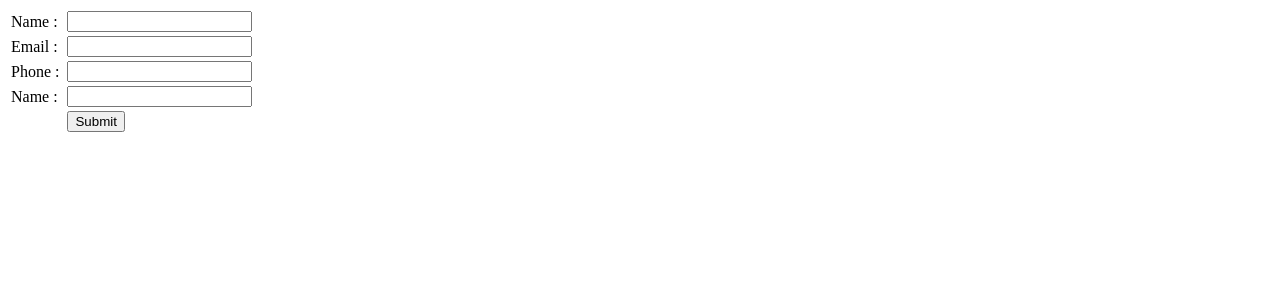
Repository: Amjad0786/Amjad-SBMS
Page: 33_Web_MVC_Form_App/src/main/webapp/WEB-INF/index.html
An editor plug-in stored every save of this project. The page is shown before and after the next save, followed by the edit.
The browser window is 1280 px wide. The pictures show the whole page.

Above is the page before, as saved 2024-12-03 11:40:52.

After the next save:
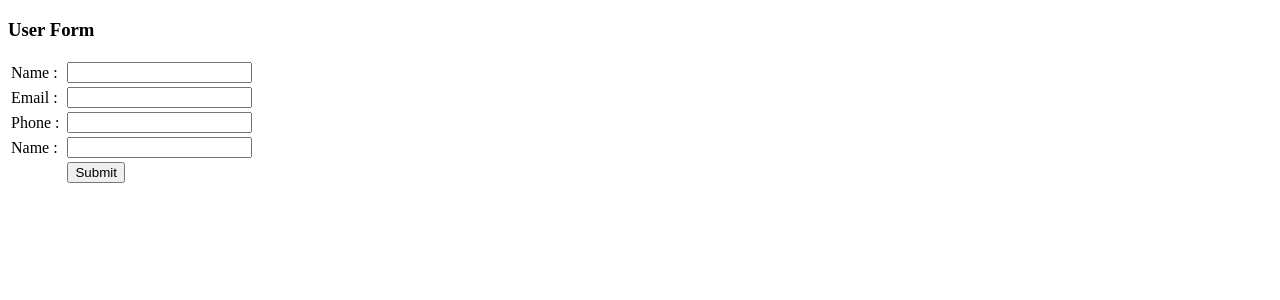
Saved 2 min 53 s later.
--- a/33_Web_MVC_Form_App/src/main/webapp/WEB-INF/index.html
+++ b/33_Web_MVC_Form_App/src/main/webapp/WEB-INF/index.html
@@ -5,6 +5,8 @@
 <title>Insert title here</title>
 </head>
 <body>
+
+      <h3>User Form</h3>
 
 	<form action="user" method="POST">
 
